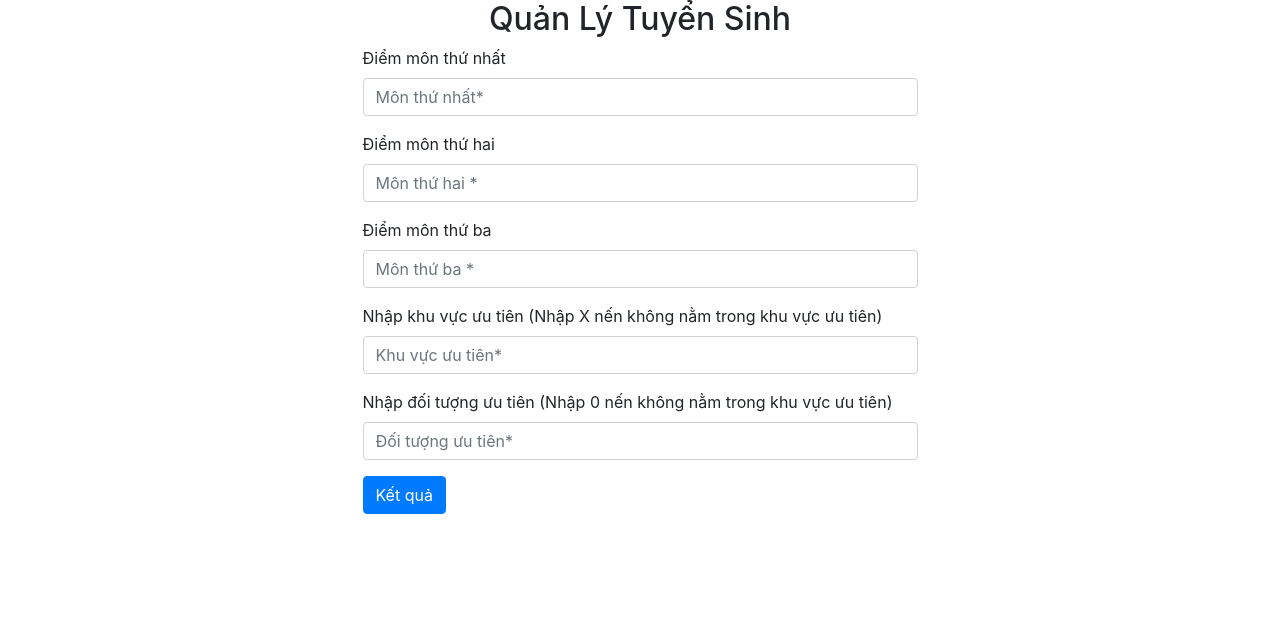
Repository: dovanthao2404/BC14_BaiTap_JS_Buoi_5_dovanthao
Page: html/bai1.html
The author's editor kept a copy of each file at every save. The page is drawn from the files as they stood at one save, then again after the next save.
The browser window is 1280 px wide. The pictures show the whole page.

Above is the page before, as saved 2021-07-04 13:32:23.

### html/bai1.html
<!DOCTYPE html>
<html lang="en">

<head>
  <meta charset="UTF-8">
  <meta http-equiv="X-UA-Compatible" content="IE=edge">
  <meta name="viewport" content="width=device-width, initial-scale=1.0">
  <title>Document</title>

  <link rel="stylesheet" href="https://cdn.jsdelivr.net/npm/bootstrap@4.6.0/dist/css/bootstrap.min.css"
    integrity="sha384-B0vP5xmATw1+K9KRQjQERJvTumQW0nPEzvF6L/Z6nronJ3oUOFUFpCjEUQouq2+l" crossorigin="anonymous">
</head>

<body>

  <div class="container">
    <div class="admissions-manager">
      <form class="w-50 mx-auto">
        <h2 class="text-center">Quản Lý Tuyển Sinh</h2>
        <div class="form-group">
          <label for="scores-1">Điểm môn thứ nhất</label>
          <input class="form-control" type="text" placeholder="Môn thứ nhất*" id="scores-1">
          <span id="notificationScores-1" class="text-danger"></span>
        </div>
        <div class="form-group">
          <label for="scores-2">Điểm môn thứ hai</label>
          <input class="form-control" type="text" placeholder="Môn thứ hai *" id="scores-2">
          <span id="notificationScores-2" class="text-danger"></span>
        </div>
        <div class="form-group">
          <label for="scores-3">Điểm môn thứ ba</label>
          <input class="form-control" type="text" placeholder="Môn thứ ba *" id="scores-3">
          <span id="notificationScores-3" class="text-danger"></span>
        </div>
        <div class="form-group">

        </div>
        <div class="form-group">
          <label for="areaScores">Nhập khu vực ưu tiên (Nhập X nến không nằm trong khu vực ưu tiên)</label>
          <input type="text" id="areaScores" class="form-control" placeholder="Khu vực ưu tiên*">
          <span id="notificationArea" class="text-danger"></span>
        </div>
        <div class="form-group">
          <label for="objectScores">Nhập đối tượng ưu tiên (Nhập 0 nến không nằm trong khu vực ưu tiên)</label>
          <input type="text" id="objectScores" class="form-control" placeholder="Đối tượng ưu tiên*">
          <span id="notificationObject" class="text-danger"></span>
        </div>
        <button id="btnResult" type="button" class="btn btn-primary">Kết quả</button>
      </form>
      <div class="mt-3 w-50 mx-auto">
        <b id="showResult"></b>
      </div>
    </div>
  </div>

  <script src="../js/bai1.js"></script>
</body>

</html>

### js/bai1.js
const BENCHMARK = 24;

const AREA_A = 2;
const AREA_B = 1;
const AREA_C = 0.5;

const OBJECT_1 = 2.5;
const OBJECT_2 = 1.5;
const OBJECT_3 = 1;

function getEle(idEle) {
  return document.getElementById(idEle);
}

var notifications = [
  "Vui lòng nhập điểm thứ nhất!",
  "Vui lòng nhập điểm thứ hai!",
  "Vui lòng nhập điểm thức ba!",
  "Vui lòng nhập khu vực ưu tiên!",
  "Vui lòng nhập đối tượng ưu tiên!",
  "Vui lòng nhập giá trị từ 0 - 10!",
  "Chỉ có khu vực A, B hoặc C!",
  "Chỉ có đối tượng 1, 2 hoặc 3!",
  "Vui lòng nhập vào số!",
  "Vui lòng nhập vào ký tự!",
  "Bạn đã rớt",
  "Bạn trúng tuyển"
]

// Kiểm tra người dùng có nhập không
function checkEntry(idCheck, idNotification, indexNotification) {
  var contentCheck = getEle(idCheck).value;
  var notification = getEle(idNotification);
  if (contentCheck === '') {
    notification.innerHTML = notifications[indexNotification];
    return false;
  } else {
    notification.innerHTML = '';
    return true;
  }
}

// Kiểm tra có nhập đúng khu vực ưu tiên không
function checkAreaScores(idCheck, idNotification, indexNotification) {
  var contentArea = getEle(idCheck).value;
  var notification = getEle(idNotification);
  if (contentArea.toUpperCase() === 'X' ||
    contentArea.toUpperCase() === 'A' ||
    contentArea.toUpperCase() === 'B' ||
    contentArea.toUpperCase() === 'C') {
    return true;
  } else {
    notification.innerHTML = notifications[indexNotification];
    return false;
  }
}

// Kiểm tra có phải là số không
function isNumber(idCheck, idNotification, indexNotification) {
  var number = +getEle(idCheck).value;
  var notification = getEle(idNotification);
  if (isNaN(number)) {
    notification.innerHTML = notifications[indexNotification];
    return false;
  }
  notification.innerHTML = '';
  return true;
}

// Kiểm tra giá giá trị của điểm
function checkValueScores(idCheck, idNotification, indexNotification, max) {
  var number = +getEle(idCheck).value;
  var notification = getEle(idNotification);
  if (number < 0 || number > max) {
    notification.innerHTML = notifications[indexNotification];
    return false;
  }
  notification.innerHTML = '';
  return true;
}

// Kiểm tra hợp lệ
function checkValid() {
  var check1 = checkEntry("scores-1", "notificationScores-1", 0);
  if (check1) {
    check1 = isNumber("scores-1", "notificationScores-1", 8);
    if (check1) {
      check1 = checkValueScores("scores-1", "notificationScores-1", 5, 10);
    }
  }
  var check2 = checkEntry("scores-2", "notificationScores-2", 1);
  if (check2) {
    check2 = isNumber("scores-2", "notificationScores-2", 8);
    if (check2) {
      check2 = checkValueScores("scores-2", "notificationScores-2", 5, 10);
    }
  }
  var check3 = checkEntry("scores-3", "notificationScores-3", 2);
  if (check3) {
    check3 = isNumber("scores-3", "notificationScores-3", 8);
    if (check3) {
      check3 = checkValueScores("scores-3", "notificationScores-3", 5, 10);
    }
  }
  var check4 = checkEntry("areaScores", "notificationArea", 3);
  if (check4) {
    check4 = checkAreaScores("areaScores", "notificationArea", 6);
  }

  var check5 = checkEntry("objectScores", "notificationObject", 4); 5
  if (check5) {
    check5 = checkValueScores("objectScores", "notificationObject", 7, 3)
  }
  if (check1 && check2 && check3 && check4 && check5) {
    return true;
  }
  return false;
}

// Get điểm khu vực
function getScoresArea() {
  var contentArea = getEle("areaScores").value;
  if (contentArea.toUpperCase() === "X") {
    return 0;
  }
  if (contentArea.toUpperCase() === "A") {
    return AREA_A;
  }
  if (contentArea.toUpperCase() === "B") {
    return AREA_B;
  }
  if (contentArea.toUpperCase() === "C") {
    return AREA_C;
  }
}

// Get điểm của đối tượng
function getScoresObject() {
  var contentArea = +getEle("objectScores").value;
  if (contentArea === 0) {
    return 0;
  }
  if (contentArea === 1) {
    return OBJECT_1;
  }
  if (contentArea === 2) {
    return OBJECT_2;
  }
  if (contentArea === 2) {
    return OBJECT_3;
  }
}

function score(scores1, scores2, scores3, scoresArea, scoresObject) {
  return (scores1 + scores2 + scores3 + scoresArea + scoresObject);
}

getEle("btnResult").addEventListener("click", function () {
  var resultCheck = checkValid();
  if (resultCheck) {

    var scores1 = +getEle("scores-1").value;
    var scores2 = +getEle("scores-2").value;
    var scores3 = +getEle("scores-3").value;
    var scoresArea = getScoresArea();
    var scoresObject = getScoresObject();
    console.log(scoresObject);

    var sumScores = score(scores1, scores2, scores3, scoresArea, scoresObject);

    if (scores1 === 0 ||
      scores2 === 0 ||
      scores3 === 0) {
      getEle('showResult').innerHTML = notifications[10];
      getEle('showResult').innerHTML += " vì có một môn có số điểm bằng 0";
    } else {
      if (sumScores >= BENCHMARK) {
        getEle('showResult').innerHTML = notifications[11];
        getEle('showResult').innerHTML += " với số điểm " + sumScores;
      } else {
        getEle('showResult').innerHTML = notifications[10];
        getEle('showResult').innerHTML += " với số điểm " + sumScores;
      }

    }
  }
})

After the next save:
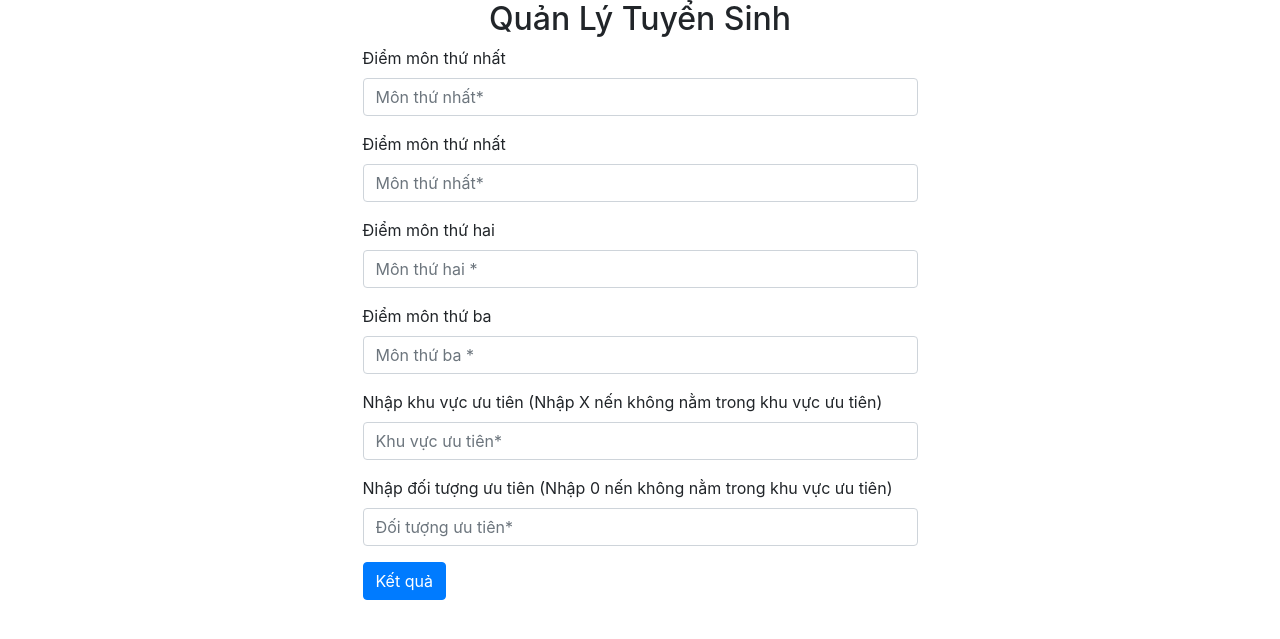
Saved 2 min 33 s later.
--- a/html/bai1.html
+++ b/html/bai1.html
@@ -17,6 +17,11 @@
     <div class="admissions-manager">
       <form class="w-50 mx-auto">
         <h2 class="text-center">Quản Lý Tuyển Sinh</h2>
+        <div class="form-group">
+          <label for="scores-1">Điểm môn thứ nhất</label>
+          <input class="form-control" type="text" placeholder="Môn thứ nhất*" id="scores-1">
+          <span id="notificationScores-1" class="text-danger"></span>
+        </div>
         <div class="form-group">
           <label for="scores-1">Điểm môn thứ nhất</label>
           <input class="form-control" type="text" placeholder="Môn thứ nhất*" id="scores-1">
